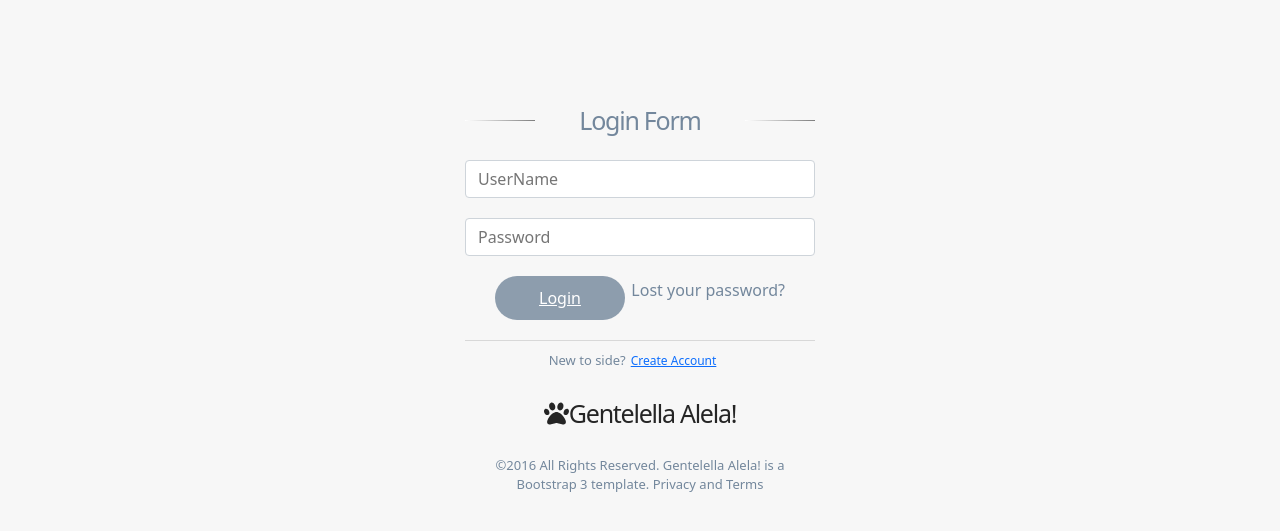
Repository: kuluong2000/doctorcare-admin
Page: /login
These files come from the project's save history. The page is drawn as it stood at one moment and after the next save; the edit follows.
The browser window is 1280 px wide. The pictures show the whole page.
The project was rebuilt for these pictures with package versions that can differ from the ones it lists, and the page was loaded fresh each time. Also part of the build but not shown: src/components/Layout/defaultLayout/defaultLayout.module.scss, src/components/Layout/SideBar/sidebar.module.scss, src/components/Layout/SideBar/SidebarItem.jsx, src/components/Layout/SideBar/SideMenu.jsx, src/components/Layout/SideBar/SideBar.jsx, src/redux/action.js, src/components/Layout/Popper/popper.module.scss, src/components/Layout/Popper/Wrapper.js and 11 more.

Above is the page before, as saved 2022-09-15 16:21:38.

### src/index.js
import React from "react";
import ReactDOM from "react-dom/client";
import { BrowserRouter } from "react-router-dom";
import App from "./App";

//redux
import thunk from "redux-thunk";
import { createStore, applyMiddleware, compose } from "redux";
import { Provider } from "react-redux";
import reducers from "./redux/store";

const composeEnhancers = window.__REDUX_DEVTOOLS_EXTENSION_COMPOSE__ || compose;
const store = createStore(reducers, composeEnhancers(applyMiddleware(thunk)));
const root = ReactDOM.createRoot(document.getElementById("root"));
root.render(
  <Provider store={store}>
    <React.StrictMode>
      <BrowserRouter>
        <App />
      </BrowserRouter>
    </React.StrictMode>
  </Provider>
);

### src/App.js
import React, { useEffect, useState } from "react";
import { Route, Routes } from "react-router-dom";
import DefaultLayout from "./components/Layout/defaultLayout/DefaultLayout";
import OnlyContent from "./components/Layout/OnlyContent/OnlyContent";
import routerPublic from "./router/routes";
import Loading from "./components/Loading/Loading";
import Home from "./components/Page/Home/Home";
// import lib bootstrap css
import "bootstrap/dist/css/bootstrap.min.css";
function App() {
  const [show, setShow] = useState(false);
  useEffect(() => {
    setTimeout(() => {
      setShow(true);
    }, 1000);
    return () => {
      setShow(false);
    };
  }, []);

  return (
    <div className="App">
      <React.Suspense fallback={show && <Loading classes={"dashed-loading"} />}>
        <Routes>
          {routerPublic.map((route, idx) => {
            let Page;
            let Layout = DefaultLayout;
            if (route.layout === "defaultLayout") {
              Page = Home;
            }
            if (route.layout === null) {
              Page = route.component;
            }
            if (route.layout === "onlyContent") {
              Layout = OnlyContent;
              Page = route.component;
            }
            return (
              <Route
                key={idx}
                path={route.path}
                element={
                  <Layout>
                    <Page></Page>
                  </Layout>
                }
              ></Route>
            );
          })}
        </Routes>
      </React.Suspense>
    </div>
  );
}

export default App;

### src/redux/store.js
import { combineReducers } from "redux";
import { sidebarToggle } from "./reducer/toggleSidebar";
import { modal } from "./reducer/modal";
export default combineReducers({
  sidebarToggle: sidebarToggle,
  modal: modal,
});

### src/components/Layout/OnlyContent/OnlyContent.jsx
import React from "react";
import classNames from "classnames/bind";

//import css

import styles from "./onlyContent.module.scss";

const cx = classNames.bind(styles);
export default function OnlyContent({ children }) {
  return <div className={cx("container")}>{children}</div>;
}

### src/router/routes.jsx
import React from "react";
const DefaultLayout = React.lazy(() => import("../components/Layout/defaultLayout/DefaultLayout"));
const Login = React.lazy(() => import("../components/Layout/Authen/Login"));
const Register = React.lazy(() => import("../components/Layout/Authen/Register"));
const Home = React.lazy(() => import("../components/Page/Home/Home"));
const Contact = React.lazy(() => import("../components/Page/Contact/Contact"));
const routerPublic = [
  {
    path: "/",
    component: DefaultLayout,
    layout: "defaultLayout",
  },
  {
    path: "/home",
    component: Home,
    layout: null,
  },
  {
    path: "/contact",
    component: Contact,
    layout: null,
  },
  {
    path: "/login",
    component: Login,
    layout: "onlyContent",
  },
  {
    path: "/register",
    component: Register,
    layout: "onlyContent",
  },
];

export default routerPublic;

### src/redux/reducer/toggleSidebar.js
import * as actionType from "../actionType";

const initialState = {
  classes: "",
  loading: false,
};

export function sidebarToggle(state = initialState, action) {
  switch (action.type) {
    case actionType.SHOW_SIDEBAR:
      return {
        ...state,
        classes: action.payload,
      };
    case actionType.HIDE_SIDEBAR:
      return {
        ...state,
        classes: action.payload,
      };
    default:
      return state;
  }
}

### src/redux/reducer/modal.js
import * as actionType from "../actionType";
const initialState = {
  modal: { show: false },
  comp: [],
};

export function modal(state = initialState, action) {
  switch (action.type) {
    case actionType.OPEN_MODAL:
      return {
        ...state,
        modal: { show: true },
        comp: action.payload,
      };
    case actionType.CLOSE_MODAL:
      return {
        ...state,
        modal: { show: false },
      };
    default:
      return state;
  }
}

### src/components/Layout/OnlyContent/onlyContent.module.scss
.container {
    width: 100%;
    height: 100%;
}

### src/components/Layout/Authen/Login.jsx
import React from "react";
import classNames from "classnames/bind";
import { FontAwesomeIcon } from "@fortawesome/react-fontawesome";
import { faPaw } from "@fortawesome/free-solid-svg-icons";
import { Link } from "react-router-dom";
//import css
import styles from "./authen.module.scss";
const cx = classNames.bind(styles);
export default function Login() {
  return (
    <div className={cx("wrapper")}>
      <form className={cx("form")}>
        <h1 className={cx("form-title")}>Login Form</h1>
        <div>
          <input type="text" placeholder="UserName" className={cx("form-control")} />
        </div>

        <div>
          <input type="password" placeholder="Password" className={cx("form-control")} required />
        </div>
        <div className={cx("form-action")}>
          <Link to="/" className={cx("form-btn", "form-btn__signin")}>
            Login
          </Link>
          <p>Lost your password?</p>
        </div>
        <div className={cx("form-separator")}>
          <div className={cx("form-change-link")}>
            New to side?
            <Link to={"/register"}>Create Account</Link>
          </div>
        </div>
        <div className={cx("form-info")}>
          <h1 className={cx("form-branch")}>
            <FontAwesomeIcon icon={faPaw}></FontAwesomeIcon>
            Gentelella Alela!
          </h1>
          <p className={cx("form-desc")}>©2016 All Rights Reserved. Gentelella Alela! is a Bootstrap 3 template. Privacy and Terms</p>
        </div>
      </form>
    </div>
  );
}

### src/components/Loading/loading.module.scss
:root {
    --blue: #8be9fd;
    --purple: #bd93f9;
}
.wrapper {
    width: 100%;
    height: 100vh;
    display: flex !important;
    align-items: center;
    justify-content: center;
    // background-color: rgb(40, 20, 20, 0.8);
    background-color: transparent;
}
// #######################################################
// dashed-loading
// #########################################
.dashed-loading {
    position: relative;
    height: 50px;
}
.dashed-loading:after,
.dashed-loading:before {
    content: "";
    position: absolute;
    top: 0;
    left: 0;
    border-radius: 50%;
    width: 50px;
    height: 50px;
}
.dashed-loading:before {
    z-index: 5;
    border: 3px dashed var(--blue);
    border-left: 3px solid transparent;
    border-bottom: 3px solid transparent;
    -webkit-animation: dashed 1s linear infinite;
    animation: dashed 1s linear infinite;
}
.dashed-loading:after {
    z-index: 10;
    border: 3px solid var(--blue);
    border-left: 3px solid transparent;
    border-bottom: 3px solid transparent;
    -webkit-animation: dashed 1s ease infinite;
    animation: dashed 1s ease infinite;
}
@keyframes dashed {
    to {
        transform: rotate(360deg);
    }
}

// #######################################################
// circle-loading
// #########################################
.circle-loading2 {
    display: inline-flex;
    animation: loading2 1s infinite;
    div {
        width: 30px;
        height: 30px;
        border: 2px solid var(--purple);
        border-radius: 50%;
        margin: 0 5px;
    }
}
@keyframes loading2 {
    50% {
        transform: rotate(200deg);
    }
    75% {
        transform: rotate(160deg);
    }
    100% {
        transform: rotate(180deg);
    }
}

### src/redux/actionType.js
export const SHOW_SIDEBAR = "SHOW_SIDEBAR";
export const HIDE_SIDEBAR = "HIDE_SIDEBAR";
export const OPEN_MODAL = "OPEN_MODAL";
export const CLOSE_MODAL = "CLOSE_MODAL";

### src/components/Layout/Authen/authen.module.scss
.wrapper {
    width: 100%;
    height: 100vh;
    display: block;
    background: #f7f7f7;
    text-align: center;
    color: #73879c;
}

.form {
    width: 350px;
    height: max-content;
    display: block;
    margin: 0 auto;
    padding-top: 100px;
    &-title {
        letter-spacing: -0.05em;
        line-height: 20px;
        margin: 10px 0 30px;
        position: relative;
        font-size: 25px;
        color: #73879c;
        font-weight: 400;
        &::before,
        &::after {
            content: "";
            height: 1px;
            position: absolute;
            top: 10px;
            width: 20%;
            background: linear-gradient(to left, #7e7e7e 0%, #fff 100%);
        }
        &::before {
            left: 0;
        }
        &::after {
            right: 0;
        }
    }
    &-control {
        display: block;
        width: 100%;
        height: calc(1.5em + 0.75rem + 2px);
        padding: 0.375rem 0.75rem;
        font-size: 1rem;
        font-weight: 400;
        line-height: 1.5;
        color: #495057;
        background-color: #fff;
        background-clip: padding-box;
        border: 1px solid #ced4da;
        border-radius: 0.25rem;
        transition: border-color 0.15s ease-in-out, box-shadow 0.15s ease-in-out;
        margin-bottom: 20px;
        &:focus {
            background-color: #fff;
            border: 1px solid #a878af;
            outline: none;
        }
    }
    &-action {
        display: flex;
        align-items: center;
        justify-content: space-between;
        padding: 0 30px 0;

        margin-top: 15px;

        span {
            color: #5a738e;
            cursor: pointer;

            &:hover {
                text-decoration: underline;
            }
        }
    }
    &-btn {
        background-color: rgb(115, 135, 156, 0.8);
        outline: none;
        border: none;
        width: 130px;
        padding: 10px 30px;
        color: white;
        border-radius: 9999px;
        cursor: pointer;
        &__signin {
            &:hover {
                color: white;
            }
        }
        &__signup {
            width: 100%;
            &:hover {
                color: white;
            }
        }
    }
    &-separator {
        border-top: 1px solid #d8d8d8;
        margin-top: 20px;
        padding-top: 10px;
    }
    &-change-link {
        font-size: 13px;
        a {
            font-size: 12px;
            margin: 10px 15px 0 5px;
        }
    }
    &-info {
        margin-top: 30px;
    }
    &-branch {
        font-size: 25px;
        letter-spacing: -0.05em;
        line-height: 20px;
        margin: 10px 0 30px;
        font-weight: 400;
    }
    &-desc {
        font-size: 13px;
    }
}

### src/assets/css/globalStyle.scss
@import url("https://fonts.googleapis.com/css2?family=Poppins:ital,wght@0,300;0,400;0,500;0,600;0,700;1,300;1,400;1,500;1,600;1,700&family=Roboto:wght@300;400;500;700&display=swap");
* {
  margin: 0;
  padding: 0;
  box-sizing: border-box;
}
body {
  font-size: 14px;
  font-family: "Roboto", sans-serif;
  font-weight: 400;
  color: #212529;
}
p,
h2 {
  padding: 0;
  margin: 0;
}
button,
input {
  outline: none;
  border: none;
}
dl,
ol,
ul {
  margin: 0;
  padding: 0;
}
a {
  text-decoration: none;
  color: inherit;
}

Loaded but not shown: public/index.html (common file)

After the next save:
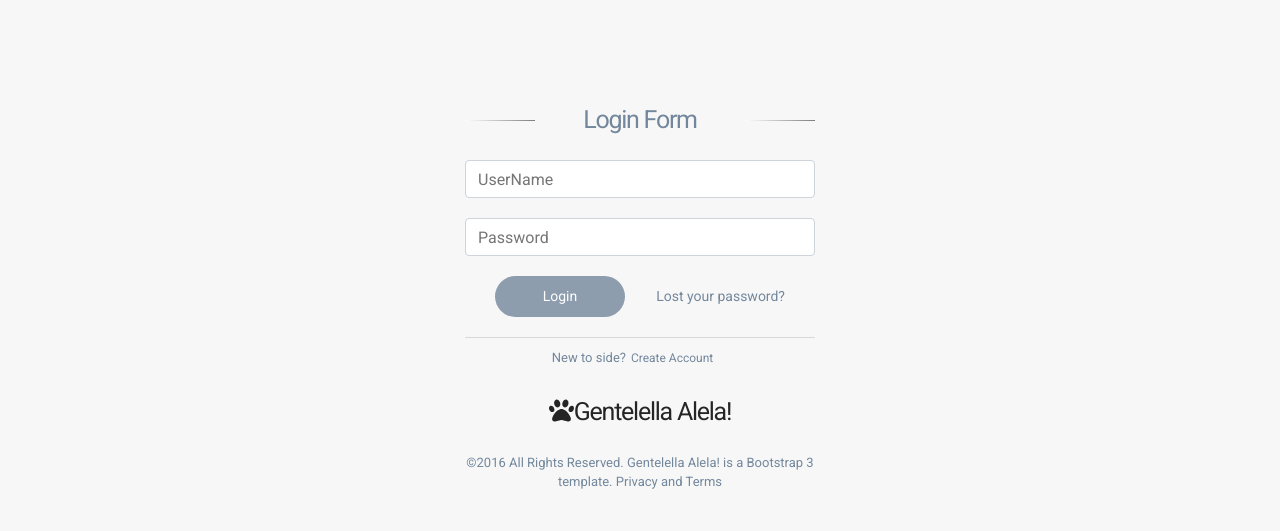
Saved 29 s later.
--- a/src/App.js
+++ b/src/App.js
@@ -7,6 +7,8 @@ import Loading from "./components/Loading/Loading";
 import Home from "./components/Page/Home/Home";
 // import lib bootstrap css
 import "bootstrap/dist/css/bootstrap.min.css";
+//import css
+import "./assets/css/globalStyle.scss";
 function App() {
   const [show, setShow] = useState(false);
   useEffect(() => {
